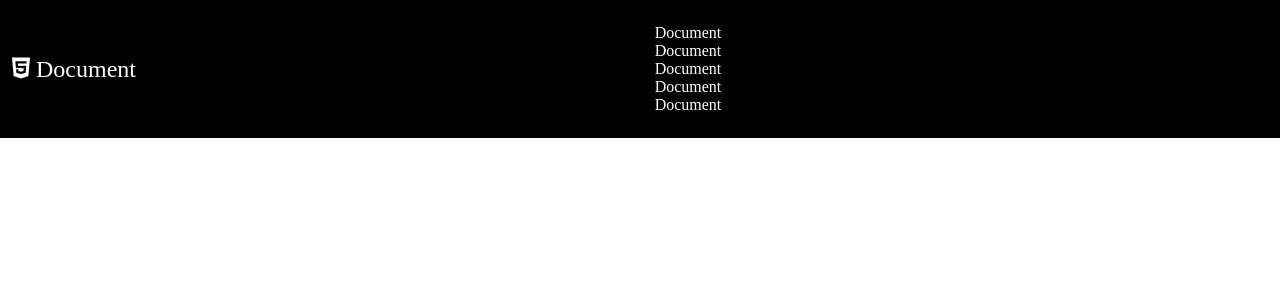
Repository: GoodHoneyCake/Dream_Coding_Academy2
Page: index.html
The author's editor kept a copy of each file at every save. The page is drawn from the files as they stood at one save, then again after the next save.
The browser window is 1280 px wide. The pictures show the whole page.
Some web libraries are served in a nearby version.

Above is the page before, as saved 2021-01-07 16:27:48.

After the next save:
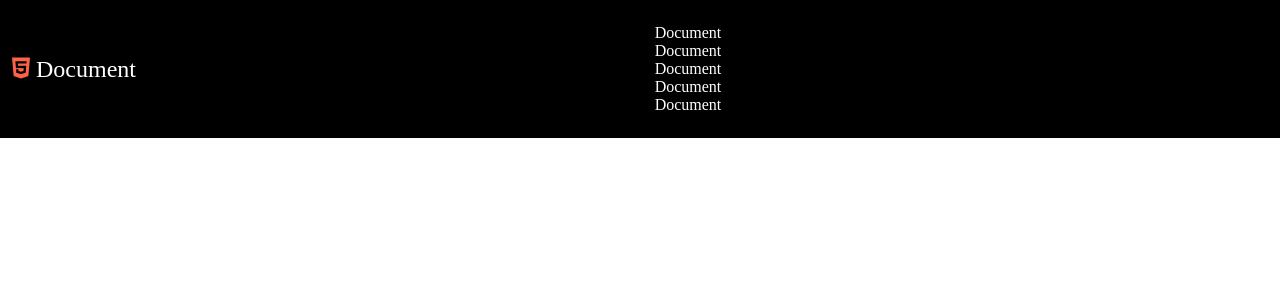
Saved 7 s later.
--- a/style.css
+++ b/style.css
@@ -20,4 +20,6 @@
   color: white;
 }
 
-.navbar__logo;
+.navbar__logo i {
+  color: tomato;
+}
